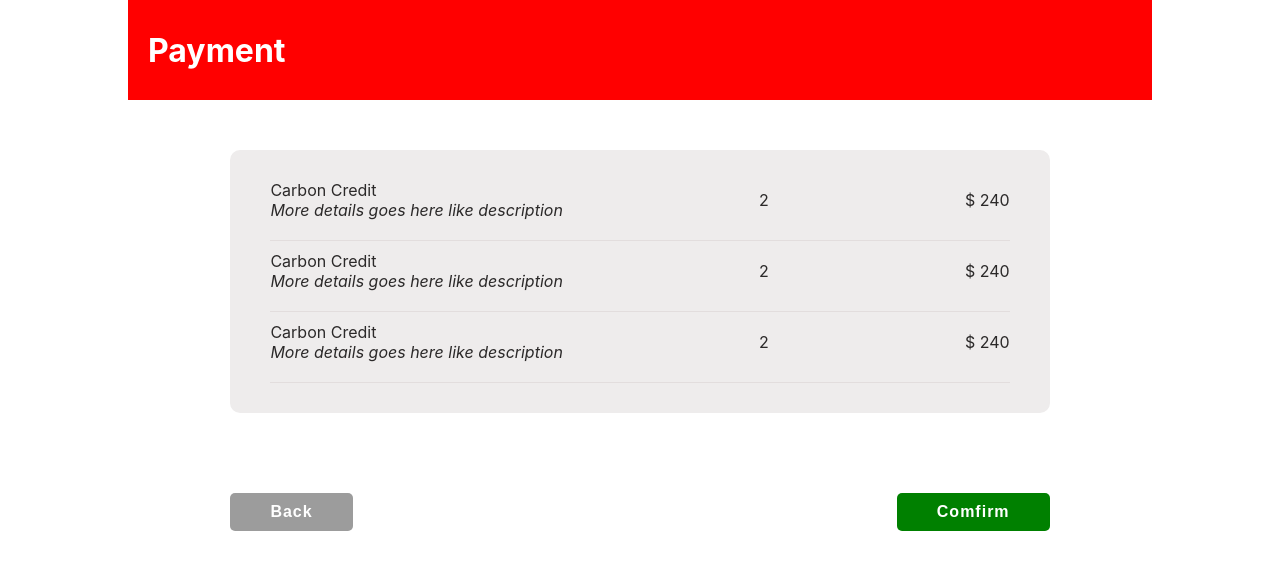
Repository: Yowani24/CarbonApp
Page: /payment
These files come from the project's save history. The page is drawn as it stood at one moment and after the next save; the edit follows.
The browser window is 1280 px wide. The pictures show the whole page.
The project was rebuilt for these pictures with package versions that can differ from the ones it lists, and the page was loaded fresh each time. The framework's server and built-in components were replaced by stand-ins that run in the browser. Also part of the build but not shown: next.config.js, pages/cart/Cart.module.css, pages/cart/index.js.

Above is the page before, as saved 2021-09-27 00:49:37.

After the next save:
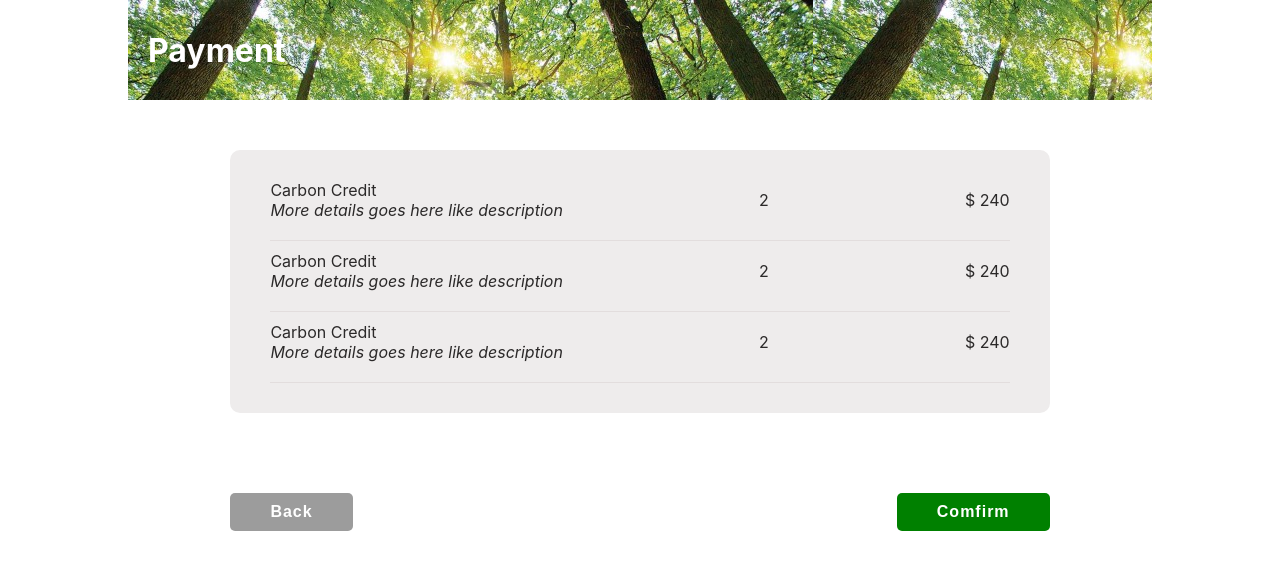
Saved 2 min 58 s later.
--- a/pages/payment/Payment.module.css
+++ b/pages/payment/Payment.module.css
@@ -17,8 +17,9 @@
     padding: 0 20px;
     color: #FFFFFF;
 
+    background: red;
 
-    background: red;
+    background-image: url(/public/appima.jpg);
 
 }
 
